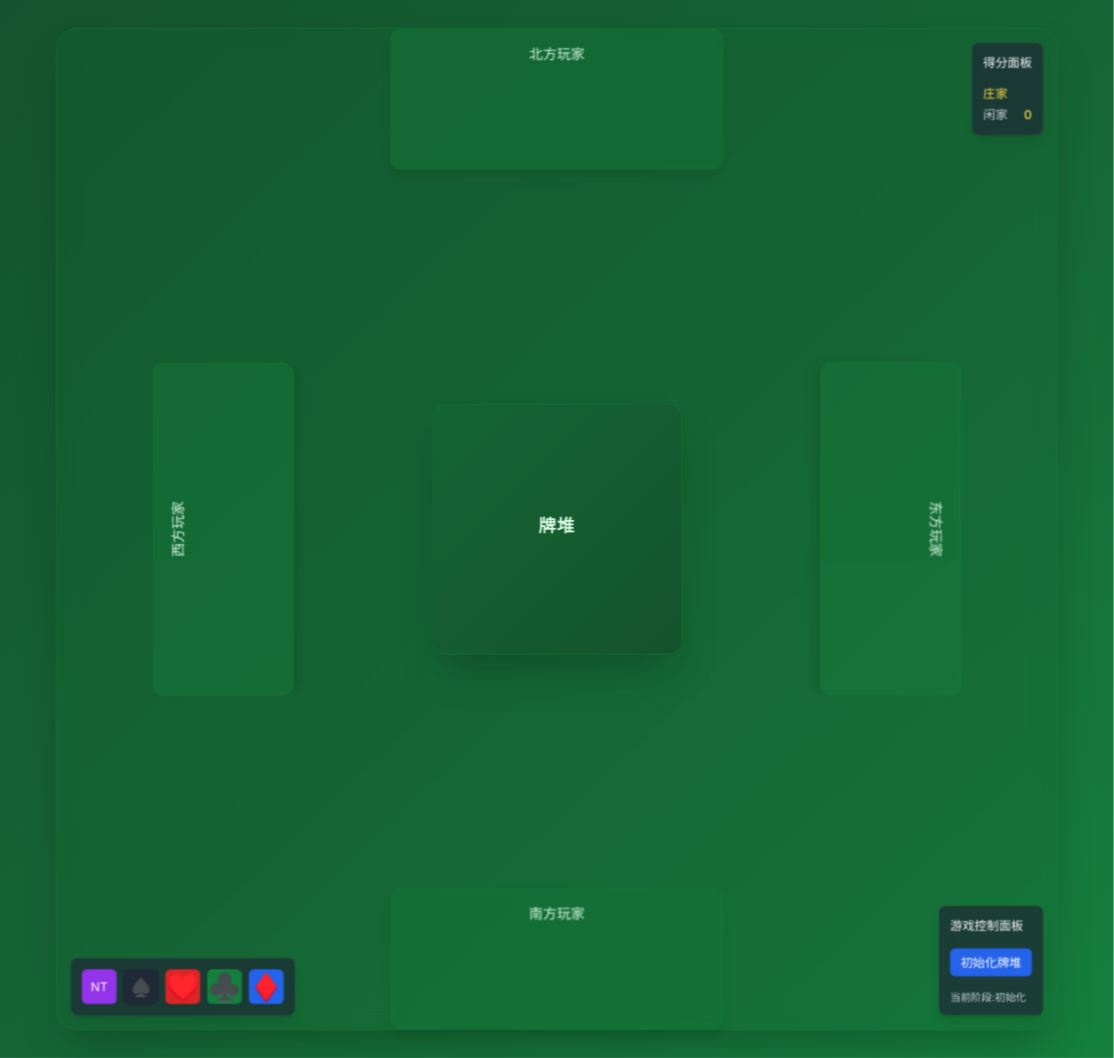
Repository: laofansay/Tractor80
Page: /
An editor plug-in stored every save of this project. The page is shown before and after the next save, followed by the edit.
The browser window is 1280 px wide. The pictures show the whole page, at 87% of full size.
The project was rebuilt for these pictures with package versions that can differ from the ones it lists, and the page was loaded fresh each time. The framework's server and built-in components were replaced by stand-ins that run in the browser. Also part of the build but not shown: next.config.js, app/components/Card.tsx.

Above is the page before, as saved 2025-03-09 00:15:59.

### app/layout.tsx
import type { Metadata } from 'next'
import { Inter } from 'next/font/google'
import './globals.css'

const inter = Inter({ subsets: ['latin'] })

export const metadata: Metadata = {
  title: 'Card Game',
  description: 'A Next.js Card Game Application',
}

export default function RootLayout({
  children,
}: {
  children: React.ReactNode
}) {
  return (
    <html lang="en">
      <body className={inter.className}>{children}</body>
    </html>
  )
}

### app/globals.css
@tailwind base;
@tailwind components;
@tailwind utilities;

:root {
  --foreground-rgb: 0, 0, 0;
  --background-start-rgb: 214, 219, 220;
  --background-end-rgb: 255, 255, 255;
}

@media (prefers-color-scheme: dark) {
  :root {
    --foreground-rgb: 255, 255, 255;
    --background-start-rgb: 0, 0, 0;
    --background-end-rgb: 0, 0, 0;
  }
}

body {
  color: rgb(var(--foreground-rgb));
  background: linear-gradient(
    to bottom,
    transparent,
    rgb(var(--background-end-rgb))
  )
  rgb(var(--background-start-rgb));
}

### app/components/AdminPanel.tsx
'use client';

import { useState } from 'react';
import { Card } from './Card';

type GamePhase = 'initial' | 'dealing' | 'trumpSelection' | 'pickBottomCards' | 'bottomCards' | 'playing';
type Position = 'north' | 'east' | 'south' | 'west';

type AdminPanelProps = {
    onInitialize: () => void;
    onDeal: () => void;
    onPickBottomCards: () => void;
    onBottomCards: () => void;
    onStartPlaying: () => void;
    gamePhase: GamePhase;
    deckLength: number;
    bottomCardsLength: number;
    lastRound?: Record<Position, string[]>;
    roundCount?: number;
};

export function AdminPanel({
    onInitialize,
    onDeal,
    onPickBottomCards,
    onBottomCards,
    onStartPlaying,
    gamePhase,
    deckLength,
    bottomCardsLength,
    lastRound = { north: [], east: [], south: [], west: [] },
    roundCount = 0
}: AdminPanelProps) {

    return (
        <div className="absolute bottom-4 right-4 p-3 bg-gray-800/70 rounded-lg backdrop-blur-md border border-gray-700/50 shadow-lg">
            <div className="flex flex-col gap-2">
                <div className="text-white text-sm mb-2 font-medium">游戏控制面板</div>

                {(gamePhase === 'initial' || gamePhase === 'playing') && (
                    <button
                        onClick={onInitialize}
                        className="px-3 py-1.5 bg-blue-600 hover:bg-blue-500 text-white rounded-md transition-colors text-sm"
                    >
                        {gamePhase === 'playing' ? '重新开始' : '初始化牌堆'}
                    </button>
                )}

                {gamePhase === 'initial' && deckLength > 0 && (
                    <button
                        onClick={onDeal}
                        className="px-3 py-1.5 bg-green-600 hover:bg-green-500 text-white rounded-md transition-colors text-sm"
                    >
                        开始发牌
                    </button>
                )}

                {gamePhase === 'pickBottomCards' && (
                    <button
                        onClick={onPickBottomCards}
                        className="px-3 py-1.5 bg-yellow-600 hover:bg-yellow-500 text-white rounded-md transition-colors text-sm"
                    >
                        庄家拾底
                    </button>
                )}

                {gamePhase === 'bottomCards' && (
                    <button
                        onClick={onBottomCards}
                        className="px-3 py-1.5 bg-yellow-600 hover:bg-yellow-500 text-white rounded-md transition-colors text-sm"
                    >
                        庄家扣底
                    </button>
                )}

                {gamePhase === 'bottomCards' && (
                    <button
                        onClick={onStartPlaying}
                        className="px-3 py-1.5 bg-red-600 hover:bg-red-500 text-white rounded-md transition-colors text-sm"
                    >
                        开始出牌
                    </button>
                )}

                <div className="text-gray-300 text-xs mt-2">
                    当前阶段:
                    {gamePhase === 'initial' && '初始化'}
                    {gamePhase === 'dealing' && '发牌中'}
                    {gamePhase === 'trumpSelection' && '亮主阶段'}
                    {gamePhase === 'pickBottomCards' && '庄家拾底'}
                    {gamePhase === 'bottomCards' && '庄家扣底'}
                    {gamePhase === 'playing' && '出牌阶段'}
                </div>
            </div>
        </div>
    );
}

### app/components/SoundEffect.tsx
'use client';

import { audioManager } from './AudioManager';

export class SoundEffect {
    static #instance;

    constructor() {
        // 私有构造函数，确保单例模式
    }

    public static getInstance(): SoundEffect {
        if (!SoundEffect.#instance) {
            SoundEffect.#instance = new SoundEffect();
        }
        return SoundEffect.#instance;
    }

    /**
     * 预加载音效
     * @param soundId 音效ID
     * @param soundPath 音效文件路径
     * @param fallbackSoundPath 备用音效路径（可选）
     */
    public preloadSound(soundId: string, soundPath: string, fallbackSoundPath?: string): void {
        if (typeof window === 'undefined') return; // 服务器端不执行

        // 使用AudioManager来处理音频加载
        audioManager.preloadSound(soundId, soundPath, fallbackSoundPath);
    }

    /**
     * 播放音效
     * @param soundId 音效ID
     * @returns 是否成功播放
     */
    public playSound(soundId: string): boolean {
        if (typeof window === 'undefined') return false; // 服务器端不执行

        // 使用AudioManager来处理音频播放
        return audioManager.playSound(soundId);
    }

    /**
     * 停止播放音效
     * @param soundId 音效ID
     */
    public stopSound(soundId: string): void {
        if (typeof window === 'undefined') return; // 服务器端不执行

        // 使用AudioManager来处理音频停止
        audioManager.stopSound(soundId);
    }

    /**
     * 检查音效是否已加载并可以播放
     * @param soundId 音效ID
     * @returns 是否可以播放
     */
    public canPlaySound(soundId: string): boolean {
        if (typeof window === 'undefined') return false; // 服务器端不执行

        // 使用AudioManager来检查音频是否可以播放
        return audioManager.canPlaySound(soundId);
    }

    /**
     * 启用或禁用所有音效
     * @param enabled 是否启用音效
     */
    public setAudioEnabled(enabled: boolean): void {
        audioManager.setAudioEnabled(enabled);
    }

    /**
     * 获取音效是否启用
     * @returns 音效是否启用
     */
    public isAudioEnabled(): boolean {
        return audioManager.isAudioEnabled();
    }
}

// 导出单例实例
export const soundEffect = SoundEffect.getInstance();

### app/components/ScorePanel.tsx
import React from 'react';

interface ScorePanelProps {
  scores: {
    north: number;
    east: number;
    south: number;
    west: number;
  };
  dealerPosition: Position;
}

type Position = 'north' | 'east' | 'south' | 'west';

export function ScorePanel({ scores, dealerPosition }: ScorePanelProps) {
  // 计算庄家和闲家的总分
  const dealerScore = scores[dealerPosition];
  const nonDealerScore = Object.entries(scores)
    .filter(([position]) => position !== dealerPosition)
    .reduce((total, [_, score]) => total + score, 0);

  return (
    <div className="absolute top-4 right-4 p-3 bg-gray-800/70 rounded-lg backdrop-blur-md border border-gray-700/50 shadow-lg">
      <div className="flex flex-col gap-2">
        <div className="text-white text-sm mb-2 font-medium">得分面板</div>
        <div className="space-y-1">
          <div className="flex justify-between text-sm">
            <span className="text-yellow-300">庄家</span>
            <span className="text-yellow-300 font-medium ml-4">{dealerScore}</span>
          </div>
          <div className="flex justify-between text-sm">
            <span className="text-gray-300">闲家</span>
            <span className="text-yellow-300 font-medium ml-4">{nonDealerScore}</span>
          </div>
        </div>
      </div>
    </div>
  );
}

### app/components/TrumpSelectionPanel.tsx
'use client';

import React from 'react';

type TrumpSelectionPanelProps = {
  onSelectTrump: (trumpSuit: string | null) => void;
  gamePhase: string;
};

export function TrumpSelectionPanel({ onSelectTrump, gamePhase }: TrumpSelectionPanelProps) {
  // 只在亮主阶段显示
  if (gamePhase !== 'trumpSelection') {
    //return null;
  }

  return (
    <div className="absolute bottom-4 left-4 p-3 bg-gray-800/70 rounded-lg backdrop-blur-md border border-gray-700/50 shadow-lg">
      <div className="flex flex-row gap-2">
        <button
          onClick={() => onSelectTrump(null)}
          className="w-10 h-10 bg-purple-600 hover:bg-purple-500 text-white rounded-md transition-colors text-sm flex items-center justify-center"
          title="无主"
        >
          NT
        </button>
        <button
          onClick={() => onSelectTrump('S')}
          className="w-10 h-10 bg-gray-800 hover:bg-gray-700 text-white rounded-md transition-colors text-xl flex items-center justify-center"
          title="黑桃"
        >
          ♠️
        </button>
        <button
          onClick={() => onSelectTrump('H')}
          className="w-10 h-10 bg-red-600 hover:bg-red-500 text-red-600 rounded-md transition-colors text-3xl flex items-center justify-center"
          title="红桃"
        >
          ♥️
        </button>
        <button
          onClick={() => onSelectTrump('C')}
          className="w-10 h-10 bg-green-700 hover:bg-green-600 text-white rounded-md transition-colors text-3xl flex items-center justify-center"
          title="梅花"
        >
          ♣️
        </button>
        <button
          onClick={() => onSelectTrump('D')}
          className="w-10 h-10 bg-blue-600 hover:bg-blue-500 text-white rounded-md transition-colors text-3xl flex items-center justify-center"
          title="方块"
        >
          ♦️
        </button>
      </div>
    </div>
  );
}

### app/components/AudioManager.tsx
'use client';

/**
 * 音频管理器类
 * 提供音效加载、播放和错误处理功能
 */
export class AudioManager {
  private static instance: AudioManager;
  private audioElements: Map<string, HTMLAudioElement> = new Map();
  private fallbackMode: boolean = false;
  private audioEnabled: boolean = true;

  private constructor() {
    // 私有构造函数，确保单例模式
    this.checkAudioSupport();
  }

  public static getInstance(): AudioManager {
    if (!AudioManager.instance) {
      AudioManager.instance = new AudioManager();
    }
    return AudioManager.instance;
  }

  /**
   * 检查浏览器是否支持音频
   */
  private checkAudioSupport(): void {
    if (typeof window === 'undefined') return;

    try {
      const audio = new Audio();
      this.audioEnabled = !!audio && typeof audio.play === 'function';
      if (!this.audioEnabled) {
        console.warn('当前环境不支持音频播放');
      }
    } catch (error) {
      console.error('检查音频支持时出错:', error);
      this.audioEnabled = false;
    }
  }

  /**
   * 预加载音效
   * @param soundId 音效ID
   * @param soundPath 音效文件路径
   * @param fallbackSoundPath 备用音效路径（可选）
   */
  public preloadSound(soundId: string, soundPath: string, fallbackSoundPath?: string): void {
    if (typeof window === 'undefined' || !this.audioEnabled) return;

    if (!this.audioElements.has(soundId)) {
      try {
        // 确保路径正确，添加基础URL前缀
        const fullPath = soundPath.startsWith('/') ? soundPath : `/${soundPath}`;
        const baseUrl = window.location.origin;
        const absolutePath = new URL(fullPath, baseUrl).toString();

        const audio = new Audio();
        audio.preload = 'auto';

        // 添加加载错误处理
        audio.addEventListener('error', (e) => {
          const errorDetails = {
            code: audio.error?.code,
            message: audio.error?.message,
            path: absolutePath
          };
          console.error(`音效 ${soundId} 加载失败:`, errorDetails);

          // 尝试加载备用音效
          if (fallbackSoundPath && !this.fallbackMode) {
            console.log(`尝试加载备用音效: ${fallbackSoundPath}`);
            this.fallbackMode = true;
            this.preloadSound(soundId, fallbackSoundPath);
          }
        });

        // 添加加载成功处理
        audio.addEventListener('canplaythrough', () => {
          console.log(`音效 ${soundId} 加载成功，可以播放`);
        });

        // 设置音频源
        audio.src = absolutePath;

        this.audioElements.set(soundId, audio);
      } catch (error) {
        console.error(`音效 ${soundId} 初始化失败:`, error);
      }
    }
  }

  /**
   * 播放音效
   * @param soundId 音效ID
   * @returns 是否成功播放
   */
  public playSound(soundId: string): boolean {
    if (typeof window === 'undefined' || !this.audioEnabled) return false;

    const audio = this.audioElements.get(soundId);
    if (audio) {
      // 检查音频是否已加载并可以播放
      if (audio.error) {
        console.error(`音效 ${soundId} 无法播放，加载失败:`, audio.error);
        return false;
      }

      // 检查音频是否已经加载足够的数据可以播放
      if (audio.readyState < 2) { // HAVE_CURRENT_DATA or higher
        console.warn(`音效 ${soundId} 尚未加载完成，无法播放`);
        return false;
      }

      try {
        // 重置音频以便重复播放
        audio.currentTime = 0;
        const playPromise = audio.play();

        if (playPromise !== undefined) {
          playPromise.catch(error => {
            console.error(`播放音效 ${soundId} 失败:`, error);
          });
        }
        return true;
      } catch (error) {
        console.error(`播放音效 ${soundId} 时出错:`, error);
        return false;
      }
    } else {
      console.warn(`音效 ${soundId} 未预加载`);
      return false;
    }
  }

  /**
   * 停止播放音效
   * @param soundId 音效ID
   */
  public stopSound(soundId: string): void {
    if (typeof window === 'undefined' || !this.audioEnabled) return;

    const audio = this.audioElements.get(soundId);
    if (audio) {
      try {
        audio.pause();
        audio.currentTime = 0;
      } catch (error) {
        console.error(`停止音效 ${soundId} 时出错:`, error);
      }
    }
  }

  /**
   * 检查音效是否已加载并可以播放
   * @param soundId 音效ID
   * @returns 是否可以播放
   */
  public canPlaySound(soundId: string): boolean {
    if (typeof window === 'undefined' || !this.audioEnabled) return false;

    const audio = this.audioElements.get(soundId);
    if (!audio) return false;

    // 检查音频元素是否有错误
    if (audio.error) return false;

    // 检查音频是否已经加载足够的数据可以播放
    return audio.readyState >= 2; // HAVE_CURRENT_DATA or higher
  }

  /**
   * 启用或禁用所有音效
   * @param enabled 是否启用音效
   */
  public setAudioEnabled(enabled: boolean): void {
    this.audioEnabled = enabled;
  }

  /**
   * 获取音效是否启用
   * @returns 音效是否启用
   */
  public isAudioEnabled(): boolean {
    return this.audioEnabled;
  }

  /**
   * 创建一个简单的音效（用于在无法加载外部音效时使用）
   * @param frequency 频率（赫兹）
   * @param duration 持续时间（毫秒）
   * @param volume 音量（0-1）
   * @returns 音频元素
   */
  public createToneSound(frequency: number = 440, duration: number = 200, volume: number = 0.5): HTMLAudioElement | null {
    if (typeof window === 'undefined' || !this.audioEnabled) return null;

    try {
      // 检查是否支持Web Audio API
      if (!window.AudioContext && !(window as any).webkitAudioContext) {
        console.warn('当前浏览器不支持Web Audio API');
        return null;
      }

      const AudioContext = window.AudioContext || (window as any).webkitAudioContext;
      const audioCtx = new AudioContext();

      // 创建振荡器
      const oscillator = audioCtx.createOscillator();
      oscillator.type = 'sine';
      oscillator.frequency.setValueAtTime(frequency, audioCtx.currentTime);

      // 创建音量控制
      const gainNode = audioCtx.createGain();
      gainNode.gain.setValueAtTime(volume, audioCtx.currentTime);

      // 连接节点
      oscillator.connect(gainNode);
      gainNode.connect(audioCtx.destination);

      // 创建音频元素
      const audio = new Audio();

      // 开始振荡
      oscillator.start();

      // 设置定时器停止振荡
      setTimeout(() => {
        oscillator.stop();
        audioCtx.close();
      }, duration);

      return audio;
    } catch (error) {
      console.error('创建音效失败:', error);
      return null;
    }
  }
}

// 导出单例实例
export const audioManager = AudioManager.getInstance();

Loaded but not shown: tailwind.config.js (19 lines, source omitted); app/page.tsx (581 lines, source omitted); app/components/CardArea.tsx (205 lines, source omitted)

After the next save:
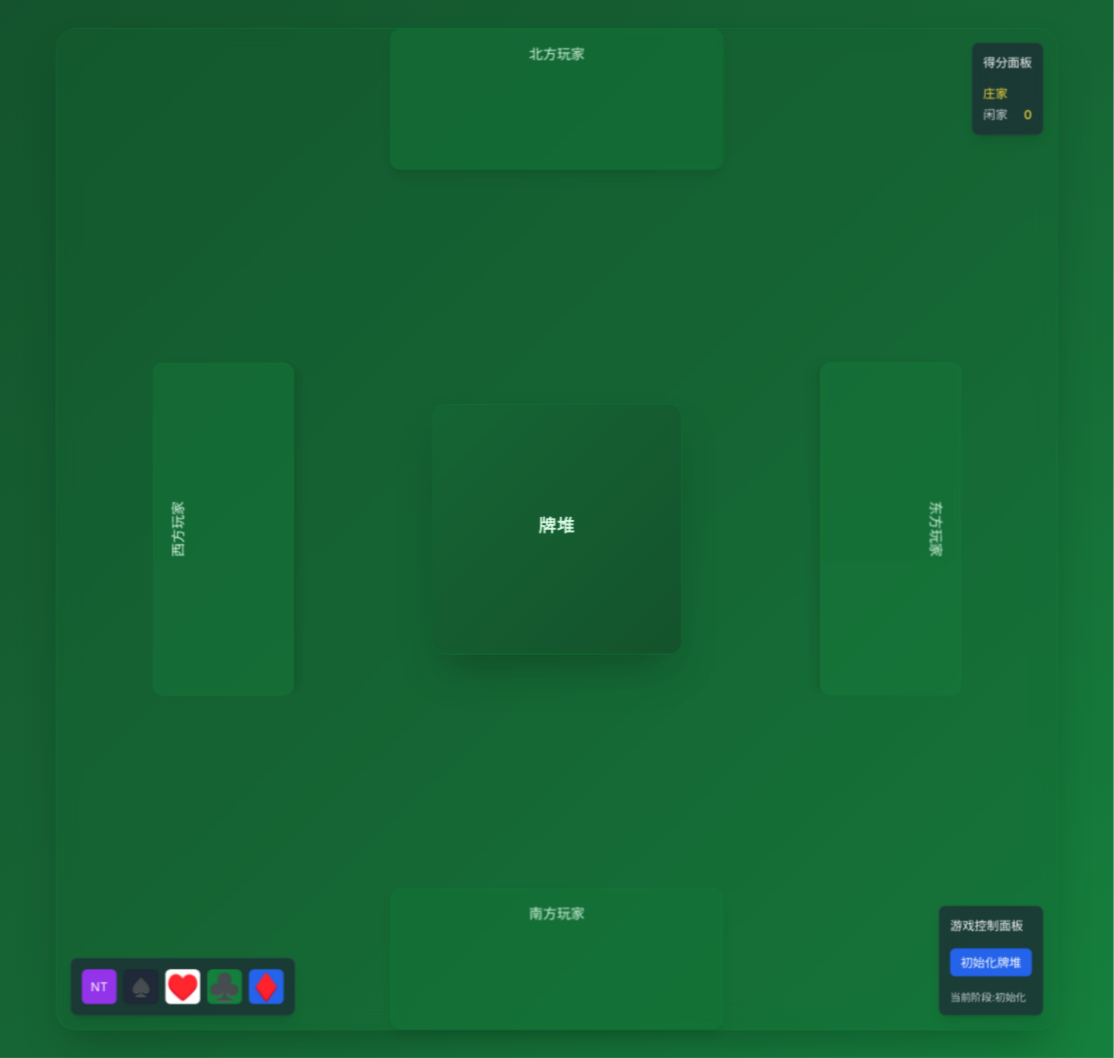
Saved 16 s later.
--- a/app/components/TrumpSelectionPanel.tsx
+++ b/app/components/TrumpSelectionPanel.tsx
@@ -32,7 +32,7 @@ export function TrumpSelectionPanel({ onSelectTrump, gamePhase }: TrumpSelection
         </button>
         <button
           onClick={() => onSelectTrump('H')}
-          className="w-10 h-10 bg-red-600 hover:bg-red-500 text-red-600 rounded-md transition-colors text-3xl flex items-center justify-center"
+          className="w-10 h-10 bg-white hover:bg-red-500 text-red-600 rounded-md transition-colors text-3xl flex items-center justify-center"
           title="红桃"
         >
           ♥️
